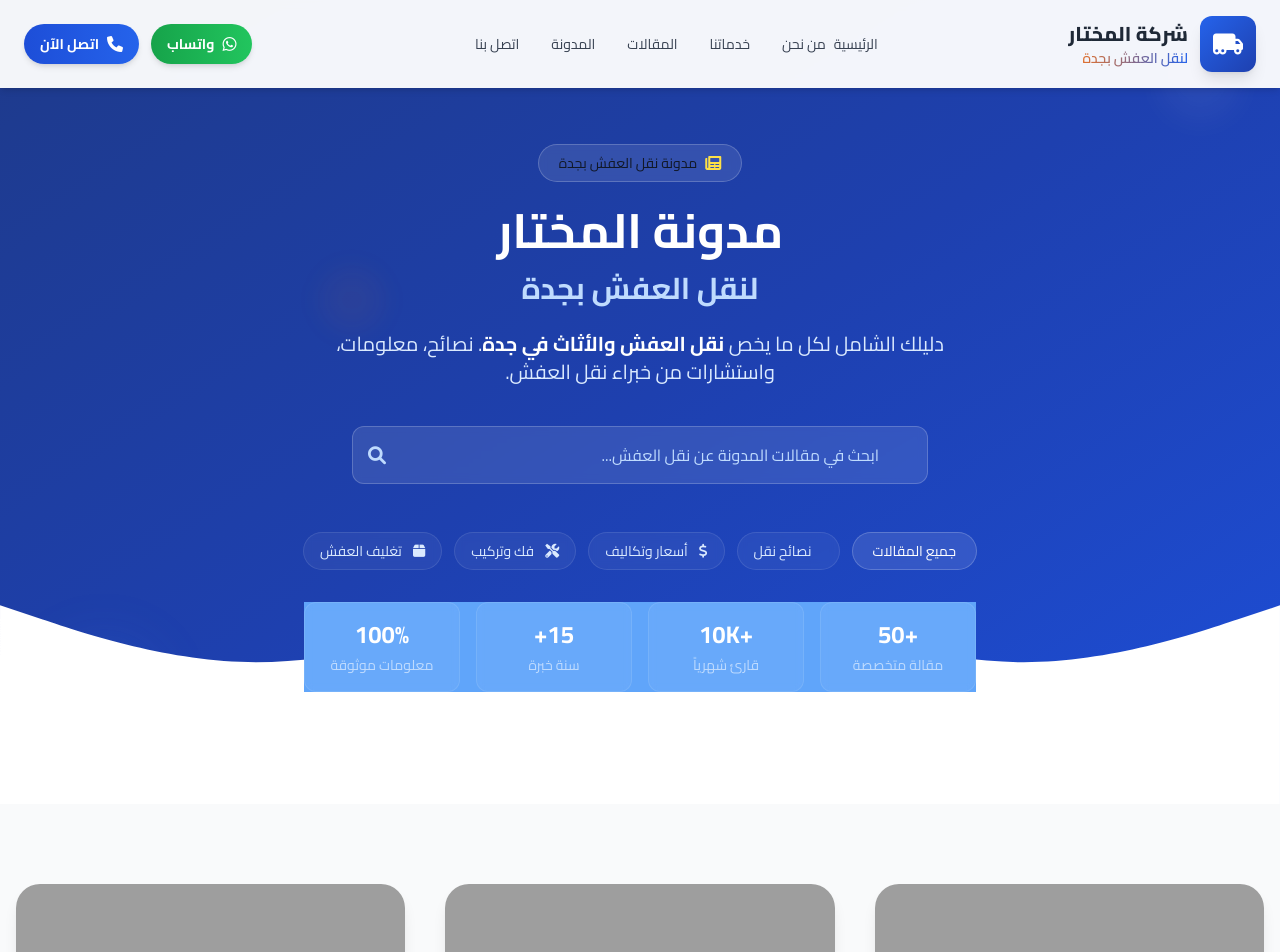
Repository: MichealSoliman/almukhtar
Page: blog.html
An editor plug-in stored every save of this project. The page is shown before and after the next save, followed by the edit.
The browser window is 1280 px wide. The pictures show the part of the page from y = 0 to 952 px (the page is 1638 px tall).
Pictures or frames that could not be fetched are drawn as grey boxes. Some web libraries are served in a nearby version.

Above is the page before, as saved 2026-01-15 21:33:01.

### blog.html
<!DOCTYPE html>
<html lang="ar" dir="rtl">
<head>
    <meta charset="UTF-8">
    <meta name="viewport" content="width=device-width, initial-scale=1.0">
    <title>مدونة شركة المختار – نصائح ومعلومات عن نقل العفش بجدة</title>
    <meta name="description" content="اقرأ أحدث المقالات والنصائح حول نقل العفش بجدة، تكلفة نقل الأثاث، وأفضل الطرق لتغليف وحماية ممتلكاتك مع شركة المختار.">

    <!-- Tailwind CSS -->
    <script src="https://cdn.tailwindcss.com"></script>

    <!-- Google Fonts (Cairo) -->
    <link href="https://fonts.googleapis.com/css2?family=Cairo:wght@300;400;600;700;800&display=swap" rel="stylesheet">

    <!-- Font Awesome -->
    <link rel="stylesheet" href="https://cdnjs.cloudflare.com/ajax/libs/font-awesome/6.0.0/css/all.min.css">

    <!-- AOS Animation Library -->
    <link href="https://unpkg.com/aos@2.3.1/dist/aos.css" rel="stylesheet">

    <style>
        body { font-family: 'Cairo', sans-serif; }
        .nav-link { @apply text-gray-700 hover:text-blue-600 transition-colors duration-300 font-semibold; }
        .glass-nav { background: rgba(255, 255, 255, 0.95); backdrop-filter: blur(10px); }
    </style>
</head>
<body class="bg-gray-50 text-gray-900">

 <!-- Header / Navbar -->
    <header id="navbar" class="fixed top-0 w-full z-50 transition-all duration-500 py-3 lg:py-4 bg-white/95 backdrop-blur-sm shadow-md">
        <div class="container mx-auto px-4 xl:px-6">
            <div class="flex justify-between items-center">
                <!-- Logo واسم الشركة -->
                <div class="flex items-center space-x-reverse space-x-3 rtl:space-x-reverse">
                    <!-- Logo -->
                    <div class="flex items-center justify-center w-12 h-12 lg:w-14 lg:h-14 bg-gradient-to-br from-blue-600 to-blue-800 rounded-xl shadow-lg">
                        <i class="fas fa-truck-moving text-white text-xl lg:text-2xl"></i>
                    </div>

                    <!-- اسم الشركة -->
                    <div class="flex flex-col">
                        <a href="index.html" class="flex flex-col">
                            <span class="text-lg lg:text-xl font-extrabold text-gray-800 leading-tight">
                                شركة المختار
                            </span>
                            <span class="text-xs lg:text-sm font-semibold bg-gradient-to-l from-blue-600 to-orange-500 bg-clip-text text-transparent">
                                لنقل العفش بجدة
                            </span>
                        </a>
                    </div>
                </div>

                <!-- Desktop Navigation -->
                <nav class="hidden lg:flex items-center space-x-reverse space-x-6 xl:space-x-8">
                    <a href="index.html" class="nav-link ml-2 text-gray-700 hover:text-blue-700 active text-sm font-medium">
                        الرئيسية
                    </a>
                    <a href="#about" class="nav-link text-gray-700 hover:text-blue-700 text-sm font-medium">
                        من نحن
                    </a>
                    <a href="#services" class="nav-link text-gray-700 hover:text-blue-700 text-sm font-medium">
                        خدماتنا
                    </a>
                    <a href="#blog" class="nav-link text-gray-700 hover:text-blue-700 text-sm font-medium">
                        المقالات
                    </a>
                    <a href="./blog.html" class="nav-link text-gray-700 hover:text-blue-700 text-sm font-medium">
                        المدونة
                    </a>
                    <a href="#contact" class="nav-link text-gray-700 hover:text-blue-700 text-sm font-medium">
                        اتصل بنا
                    </a>
                </nav>

                <!-- Buttons -->
                <div class="flex items-center space-x-reverse space-x-3 rtl:space-x-reverse">
                    <!-- WhatsApp Button -->
                    <a href="https://wa.me/966500000000"
                       class="bg-gradient-to-l from-green-500 to-green-600 text-white px-3 sm:px-4 py-2 rounded-full font-bold hover:from-green-600 hover:to-green-700 transition-all duration-300 flex items-center shadow-md hover:shadow-lg transform hover:-translate-y-0.5 text-sm">
                        <i class="fab fa-whatsapp ml-1 sm:ml-2 text-sm sm:text-base"></i>
                        <span class="hidden sm:inline text-xs sm:text-sm">واتساب</span>
                    </a>

                    <!-- Call Button for Medium+ Screens -->
                    <a href="tel:+966500000000"
                       class="hidden md:flex bg-gradient-to-l from-blue-600 to-blue-700 text-white px-3 sm:px-4 py-2 rounded-full font-bold hover:from-blue-700 hover:to-blue-800 transition-all duration-300 items-center shadow-md hover:shadow-lg transform hover:-translate-y-0.5 text-sm">
                        <i class="fas fa-phone ml-1 sm:ml-2 text-sm sm:text-base"></i>
                        <span class="text-xs sm:text-sm">اتصل الآن</span>
                    </a>

                    <!-- Mobile Menu Button -->
                    <button class="lg:hidden text-gray-700 text-2xl focus:outline-none hover:text-blue-600 transition-colors duration-300"
                            id="mobile-menu-btn"
                            aria-label="فتح القائمة">
                        <i class="fas fa-bars"></i>
                    </button>
                </div>
            </div>
        </div>

        <!-- Mobile Menu -->
        <div id="mobile-menu" class="mobile-menu-closed lg:hidden bg-white/95 backdrop-blur-sm border-t border-gray-100 shadow-xl">
            <div class="container mx-auto px-4 py-5">
                <div class="flex flex-col space-y-4">
                    <a href="index.html"
                       class="nav-link py-3 px-4 rounded-lg hover:bg-blue-50 transition-colors duration-300 text-gray-700 hover:text-blue-700 font-medium border-b border-gray-100 flex items-center">
                        <i class="fas fa-home ml-3 text-blue-600"></i>
                        الرئيسية
                    </a>
                    <a href="#about"
                       class="nav-link py-3 px-4 rounded-lg hover:bg-blue-50 transition-colors duration-300 text-gray-700 hover:text-blue-700 font-medium border-b border-gray-100 flex items-center">
                        <i class="fas fa-info-circle ml-3 text-blue-600"></i>
                        من نحن
                    </a>
                    <a href="#services"
                       class="nav-link py-3 px-4 rounded-lg hover:bg-blue-50 transition-colors duration-300 text-gray-700 hover:text-blue-700 font-medium border-b border-gray-100 flex items-center">
                        <i class="fas fa-concierge-bell ml-3 text-blue-600"></i>
                        خدماتنا
                    </a>
                    <a href="#blog"
                       class="nav-link py-3 px-4 rounded-lg hover:bg-blue-50 transition-colors duration-300 text-gray-700 hover:text-blue-700 font-medium border-b border-gray-100 flex items-center">
                        <i class="fas fa-newspaper ml-3 text-blue-600"></i>
                        المقالات
                    </a>
                    <a href="./blog.html"
                       class="nav-link py-3 px-4 rounded-lg hover:bg-blue-50 transition-colors duration-300 text-gray-700 hover:text-blue-700 font-medium border-b border-gray-100 flex items-center">
                        <i class="fas fa-newspaper ml-3 text-blue-600"></i>
                        المدونة
                    </a>
                    <a href="#contact"
                       class="nav-link py-3 px-4 rounded-lg hover:bg-blue-50 transition-colors duration-300 text-gray-700 hover:text-blue-700 font-medium flex items-center">
                        <i class="fas fa-phone-alt ml-3 text-blue-600"></i>
                        اتصل بنا
                    </a>

                    <!-- Mobile Contact Buttons -->
                    <div class="flex flex-col sm:flex-row gap-3 mt-4 pt-4 border-t border-gray-100">
                        <a href="tel:+966500000000"
                           class="bg-gradient-to-l from-blue-600 to-blue-700 text-white px-4 py-3 rounded-lg font-bold hover:from-blue-700 hover:to-blue-800 transition-all duration-300 flex items-center justify-center shadow-md text-sm">
                            <i class="fas fa-phone ml-2"></i>
                            اتصل الآن
                        </a>
                        <a href="https://wa.me/966500000000"
                           class="bg-gradient-to-l from-green-500 to-green-600 text-white px-4 py-3 rounded-lg font-bold hover:from-green-600 hover:to-green-700 transition-all duration-300 flex items-center justify-center shadow-md text-sm">
                            <i class="fab fa-whatsapp ml-2"></i>
                            واتساب
                        </a>
                    </div>
                </div>
            </div>
        </div>
    </header>

<!-- Blog Header Section - Enhanced -->
<section class="relative pt-28 pb-20 md:pt-36 md:pb-28 overflow-hidden bg-gradient-to-br from-blue-900 via-blue-800 to-blue-700">
    <!-- Background Pattern -->
    <div class="absolute inset-0 opacity-10">
        <div class="absolute inset-0" style="background-image: url('data:[embedded picture, 362 characters]');"></div>
    </div>

    <!-- Floating Elements -->
    <div class="absolute top-10 right-10 w-20 h-20 bg-white/5 rounded-full blur-lg hidden lg:block"></div>
    <div class="absolute bottom-10 left-10 w-32 h-32 bg-blue-500/10 rounded-full blur-xl hidden lg:block"></div>
    <div class="absolute top-1/3 left-1/4 w-16 h-16 bg-orange-500/5 rounded-full blur-md hidden xl:block"></div>

    <!-- Main Content -->
    <div class="container mx-auto px-4 relative z-10">
        <div class="max-w-4xl mx-auto">
            <!-- Badge -->
            <div class="flex justify-center mb-6" data-aos="fade-down" data-aos-delay="200">
                <div class="bg-white/10 backdrop-blur-sm border border-white/20 rounded-full px-5 py-2 inline-flex items-center">
                    <i class="fas fa-newspaper ml-2 text-yellow-300"></i>
                    <span class="text-sm font-medium">مدونة نقل العفش بجدة</span>
                </div>
            </div>

            <!-- Main Title -->
            <h1 class="text-3xl md:text-4xl lg:text-5xl font-bold text-white text-center mb-6 leading-tight" data-aos="fade-up" data-aos-delay="300">
                <span class="block">مدونة المختار</span>
                <span class="block text-blue-200 text-2xl md:text-3xl mt-4">لنقل العفش بجدة</span>
            </h1>

            <!-- Description -->
            <p class="text-lg md:text-xl text-blue-100 text-center max-w-2xl mx-auto mb-10 leading-relaxed" data-aos="fade-up" data-aos-delay="400">
                دليلك الشامل لكل ما يخص
                <span class="font-bold text-white">نقل العفش والأثاث في جدة</span>.
                نصائح، معلومات، واستشارات من خبراء نقل العفش.
            </p>

            <!-- Search Box -->
            <div class="max-w-xl mx-auto mb-12" data-aos="fade-up" data-aos-delay="500">
                <div class="relative">
                    <input
                        type="text"
                        placeholder="ابحث في مقالات المدونة عن نقل العفش..."
                        class="w-full bg-white/10 backdrop-blur-sm border border-white/20 rounded-xl px-6 py-4 pr-12 text-white placeholder-blue-200 focus:outline-none focus:ring-2 focus:ring-blue-400 focus:border-transparent transition-all"
                    >
                    <button class="absolute left-4 top-1/2 transform -translate-y-1/2 text-blue-200 hover:text-white transition-colors">
                        <i class="fas fa-search text-lg"></i>
                    </button>
                </div>
            </div>

            <!-- Categories -->
            <div class="flex flex-wrap justify-center gap-3 mb-8" data-aos="fade-up" data-aos-delay="600">
                <a href="#" class="bg-white/10 hover:bg-white/20 backdrop-blur-sm border border-white/20 rounded-full px-5 py-2 text-sm font-medium text-white transition-all duration-300">
                    جميع المقالات
                </a>
                <a href="#" class="bg-white/5 hover:bg-white/15 backdrop-blur-sm border border-white/10 rounded-full px-4 py-2 text-sm font-medium text-blue-100 hover:text-white transition-all duration-300">
                    <i class="fas fa-tips ml-2"></i> نصائح نقل
                </a>
                <a href="#" class="bg-white/5 hover:bg-white/15 backdrop-blur-sm border border-white/10 rounded-full px-4 py-2 text-sm font-medium text-blue-100 hover:text-white transition-all duration-300">
                    <i class="fas fa-dollar-sign ml-2"></i> أسعار وتكاليف
                </a>
                <a href="#" class="bg-white/5 hover:bg-white/15 backdrop-blur-sm border border-white/10 rounded-full px-4 py-2 text-sm font-medium text-blue-100 hover:text-white transition-all duration-300">
                    <i class="fas fa-tools ml-2"></i> فك وتركيب
                </a>
                <a href="#" class="bg-white/5 hover:bg-white/15 backdrop-blur-sm border border-white/10 rounded-full px-4 py-2 text-sm font-medium text-blue-100 hover:text-white transition-all duration-300">
                    <i class="fas fa-box ml-2"></i> تغليف العفش
                </a>
            </div>

            <!-- Stats -->
            <div class="grid grid-cols-2 bg-blue-400 md:grid-cols-4 gap-4 max-w-2xl mx-auto" data-aos="fade-up" data-aos-delay="700">
                <div class="bg-white/5 backdrop-blur-sm rounded-xl p-4 text-center border border-white/10">
                    <div class="text-2xl font-bold text-white mb-1">+50</div>
                    <div class="text-blue-200 text-sm">مقالة متخصصة</div>
                </div>
                <div class="bg-white/5 backdrop-blur-sm rounded-xl p-4 text-center border border-white/10">
                    <div class="text-2xl font-bold text-white mb-1">+10K</div>
                    <div class="text-blue-200 text-sm">قارئ شهرياً</div>
                </div>
                <div class="bg-white/5 backdrop-blur-sm rounded-xl p-4 text-center border border-white/10">
                    <div class="text-2xl font-bold text-white mb-1">15+</div>
                    <div class="text-blue-200 text-sm">سنة خبرة</div>
                </div>
                <div class="bg-white/5 backdrop-blur-sm rounded-xl p-4 text-center border border-white/10">
                    <div class="text-2xl font-bold text-white mb-1">100%</div>
                    <div class="text-blue-200 text-sm">معلومات موثوقة</div>
                </div>
            </div>


        </div>
    </div>

    <!-- Wave Divider -->
    <div class="absolute bottom-0 left-0 right-0">
        <svg xmlns="http://www.w3.org/2000/svg" viewBox="0 0 1440 320" class="w-full">
            <path fill="#ffffff" fill-opacity="1" d="M0,96L48,112C96,128,192,160,288,160C384,160,480,128,576,112C672,96,768,96,864,112C960,128,1056,160,1152,160C1248,160,1344,128,1392,112L1440,96L1440,320L1392,320C1344,320,1248,320,1152,320C1056,320,960,320,864,320C768,320,672,320,576,320C480,320,384,320,288,320C192,320,96,320,48,320L0,320Z"></path>
        </svg>
    </div>
</section>

    <!-- Blog Grid -->
    <section class="py-20">
        <div class="container mx-auto px-4">
            <div class="grid grid-cols-1 md:grid-cols-2 lg:grid-cols-3 gap-10">
                <!-- Article 1 -->
                <article class="bg-white rounded-3xl overflow-hidden shadow-lg hover:shadow-2xl transition-all duration-300 group" data-aos="fade-up">
                    <div class="overflow-hidden h-64">
                        <img src="https://images.unsplash.com/photo-1524758631624-e2822e304c36?ixlib=rb-1.2.1&auto=format&fit=crop&w=600&q=80" alt="أفضل شركة نقل عفش بجدة" class="w-full h-full object-cover group-hover:scale-110 transition-transform duration-500">
                    </div>
                    <div class="p-8">
                        <div class="flex items-center text-sm text-gray-500 mb-4">
                            <span class="ml-4"><i class="far fa-calendar-alt ml-1"></i> 10 يناير 2026</span>
                            <span><i class="far fa-folder ml-1"></i> خدمات النقل</span>
                        </div>
                        <h3 class="text-2xl font-bold mb-4">أفضل شركة نقل عفش بجدة</h3>
                        <p class="text-gray-600 mb-6 leading-relaxed">تعرف على المعايير التي تجعل شركة المختار هي الخيار الأول والأنسب لنقل الأثاث في مدينة جدة بأسعار منافسة وجودة عالمية...</p>
                        <a href="blog/best-moving-company-jeddah.html" class="text-blue-600 font-bold flex items-center hover:gap-2 transition-all">قراءة المزيد <i class="fas fa-chevron-left mr-2 text-sm"></i></a>
                    </div>
                </article>

                <!-- Article 2 -->
                <article class="bg-white rounded-3xl overflow-hidden shadow-lg hover:shadow-2xl transition-all duration-300 group" data-aos="fade-up" data-aos-delay="100">
                    <div class="overflow-hidden h-64">
                        <img src="https://images.unsplash.com/photo-1505691938895-1758d7feb511?ixlib=rb-1.2.1&auto=format&fit=crop&w=600&q=80" alt="نصائح قبل نقل العفش" class="w-full h-full object-cover group-hover:scale-110 transition-transform duration-500">
                    </div>
                    <div class="p-8">
                        <div class="flex items-center text-sm text-gray-500 mb-4">
                            <span class="ml-4"><i class="far fa-calendar-alt ml-1"></i> 8 يناير 2026</span>
                            <span><i class="far fa-folder ml-1"></i> نصائح تهمك</span>
                        </div>
                        <h3 class="text-2xl font-bold mb-4">نصائح قبل نقل العفش</h3>
                        <p class="text-gray-600 mb-6 leading-relaxed">إليك أهم 10 نصائح ذهبية يجب عليك اتباعها لضمان عملية نقل عفش سهلة ومنظمة وبدون أي خسائر مادية أو نفسية...</p>
                        <a href="blog/moving-tips.html" class="text-blue-600 font-bold flex items-center hover:gap-2 transition-all">قراءة المزيد <i class="fas fa-chevron-left mr-2 text-sm"></i></a>
                    </div>
                </article>

                <!-- Article 3 -->
                <article class="bg-white rounded-3xl overflow-hidden shadow-lg hover:shadow-2xl transition-all duration-300 group" data-aos="fade-up" data-aos-delay="200">
                    <div class="overflow-hidden h-64">
                        <img src="https://images.unsplash.com/photo-1584622650111-993a426fbf0a?ixlib=rb-1.2.1&auto=format&fit=crop&w=600&q=80" alt="تكلفة نقل العفش بجدة" class="w-full h-full object-cover group-hover:scale-110 transition-transform duration-500">
                    </div>
                    <div class="p-8">
                        <div class="flex items-center text-sm text-gray-500 mb-4">
                            <span class="ml-4"><i class="far fa-calendar-alt ml-1"></i> 5 يناير 2026</span>
                            <span><i class="far fa-folder ml-1"></i> أسعار الخدمات</span>
                        </div>
                        <h3 class="text-2xl font-bold mb-4">تكلفة نقل العفش بجدة</h3>
                        <p class="text-gray-600 mb-6 leading-relaxed">دليل شامل حول كيفية حساب تكلفة نقل العفش في جدة وما هي العوامل التي تؤثر في تحديد السعر النهائي للخدمة المقدمة...</p>
                        <a href="blog/moving-cost-jeddah.html" class="text-blue-600 font-bold flex items-center hover:gap-2 transition-all">قراءة المزيد <i class="fas fa-chevron-left mr-2 text-sm"></i></a>
                    </div>
                </article>
            </div>
        </div>
    </section>

    <!-- Footer -->
    <footer class="bg-gray-900 text-white pt-20 pb-10">
        <div class="container mx-auto px-4 text-center">
            <p>&copy; 2026 شركة المختار لنقل العفش بجدة. جميع الحقوق محفوظة.</p>
        </div>
    </footer>

    <!-- Scripts -->
    <script src="https://unpkg.com/aos@2.3.1/dist/aos.js"></script>
    <script>
        AOS.init({ duration: 1000, once: true });
        const mobileMenuBtn = document.getElementById('mobile-menu-btn');
        const mobileMenu = document.getElementById('mobile-menu');
        mobileMenuBtn.addEventListener('click', () => {
            mobileMenu.classList.toggle('hidden');
        });
    </script>
</body>
</html>

After the next save:
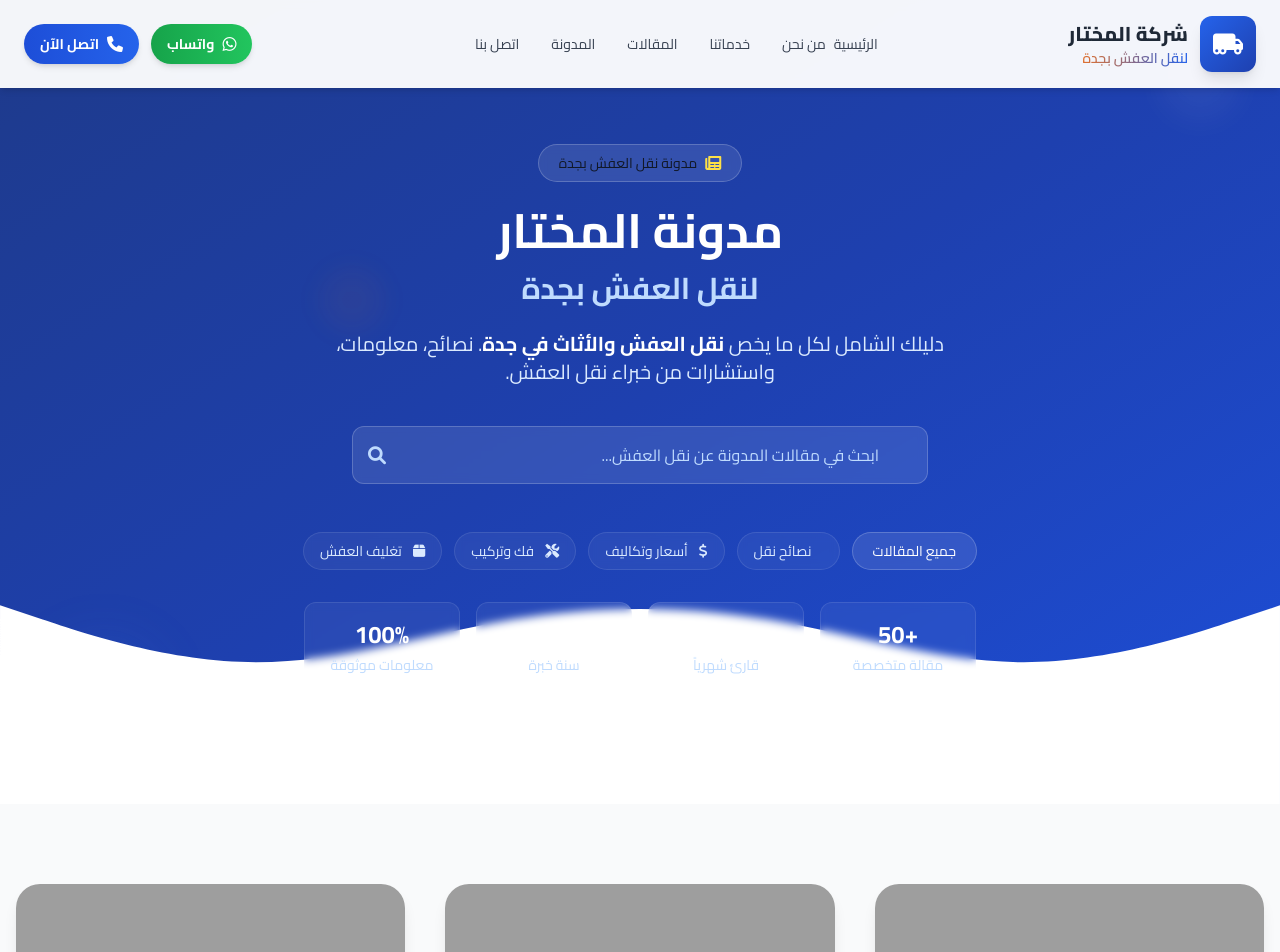
Saved 15 s later.
--- a/blog.html
+++ b/blog.html
@@ -221,7 +221,7 @@
             </div>
 
             <!-- Stats -->
-            <div class="grid grid-cols-2 bg-blue-400 md:grid-cols-4 gap-4 max-w-2xl mx-auto" data-aos="fade-up" data-aos-delay="700">
+            <div class="grid grid-cols-2  md:grid-cols-4 gap-4 max-w-2xl mx-auto" data-aos="fade-up" data-aos-delay="700">
                 <div class="bg-white/5 backdrop-blur-sm rounded-xl p-4 text-center border border-white/10">
                     <div class="text-2xl font-bold text-white mb-1">+50</div>
                     <div class="text-blue-200 text-sm">مقالة متخصصة</div>
